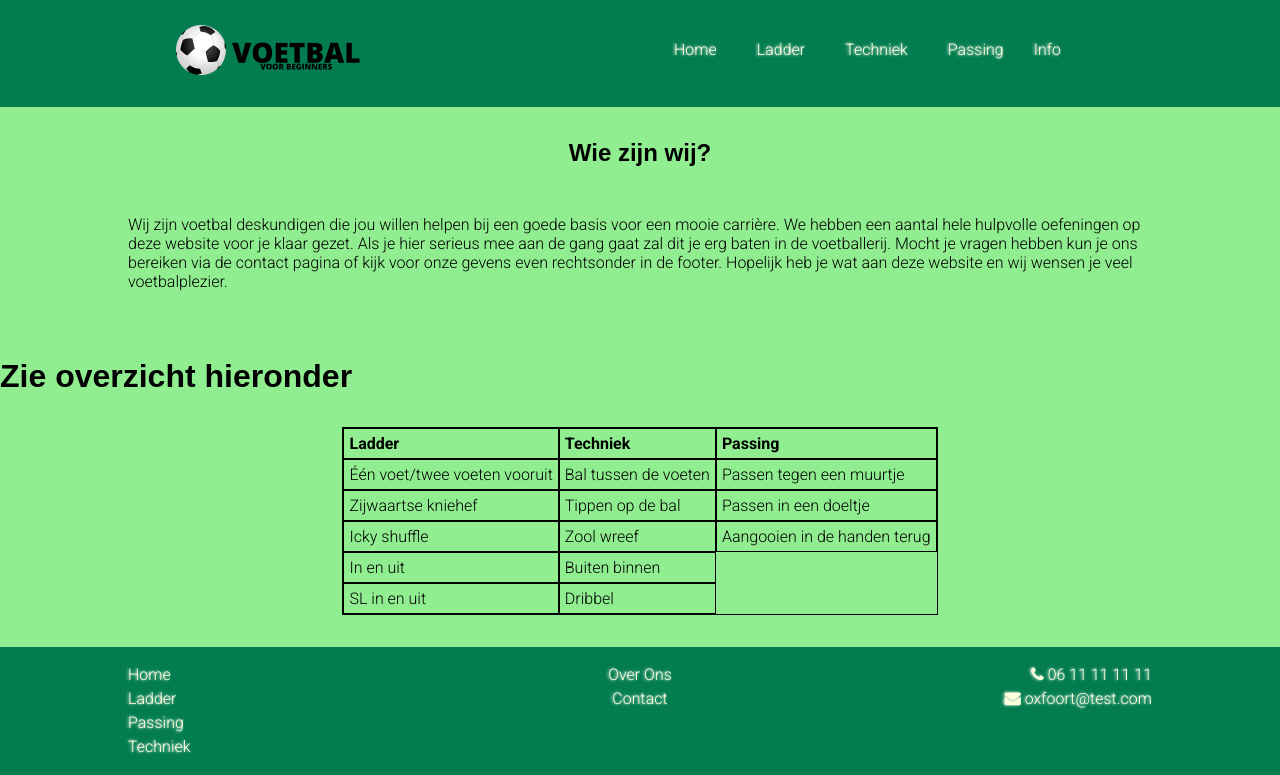
Repository: KelvinOxfoort/Start
Page: overons.html
The author's editor kept a record of every edit. The page is drawn from the files as they stood at one moment, then again after the next edit.
The browser window is 1280 px wide. The pictures show the whole page.
Some web fonts or font styles are not loaded; a fallback is used.

Above is the page before.

After the next edit:
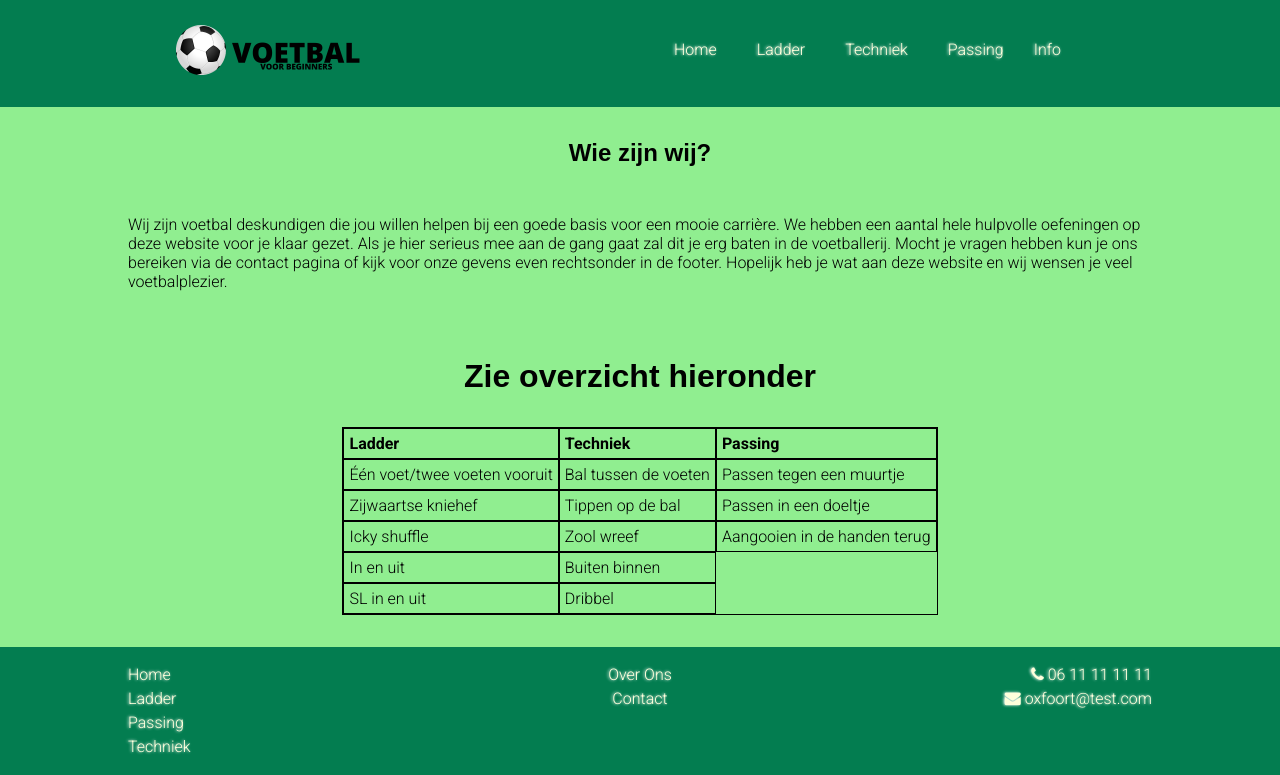
The edit:
--- a/overons.html
+++ b/overons.html
@@ -39,7 +39,7 @@
             en wij wensen je veel voetbalplezier.</p>
         </section>
         <br>
-        <h1>Zie overzicht hieronder</h1>
+        <h1 class="overzicht">Zie overzicht hieronder</h1>
         <table>
             <tr>
                 <th>Ladder</th>
